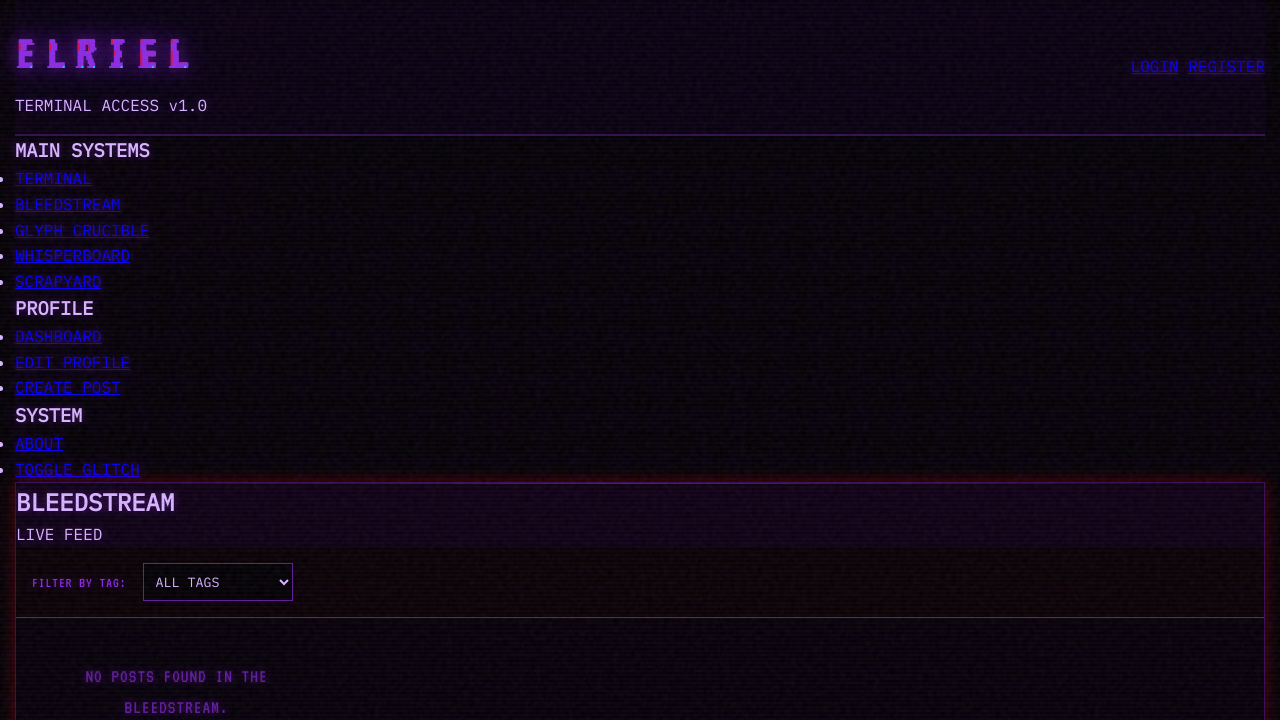
Repository: numbpill3d/elriel_1.0-forum
Page: views/feed/bleedstream.html
An editor plug-in stored every save of this project. The page is shown before and after the next save, followed by the edit.
The browser window is 1280 px wide. The pictures show the whole page.
An inner scrolling area shows only its first screen. Some web fonts or font styles are not loaded; a fallback is used.

Above is the page before, as saved 2025-05-09 01:03:37.

After the next save:
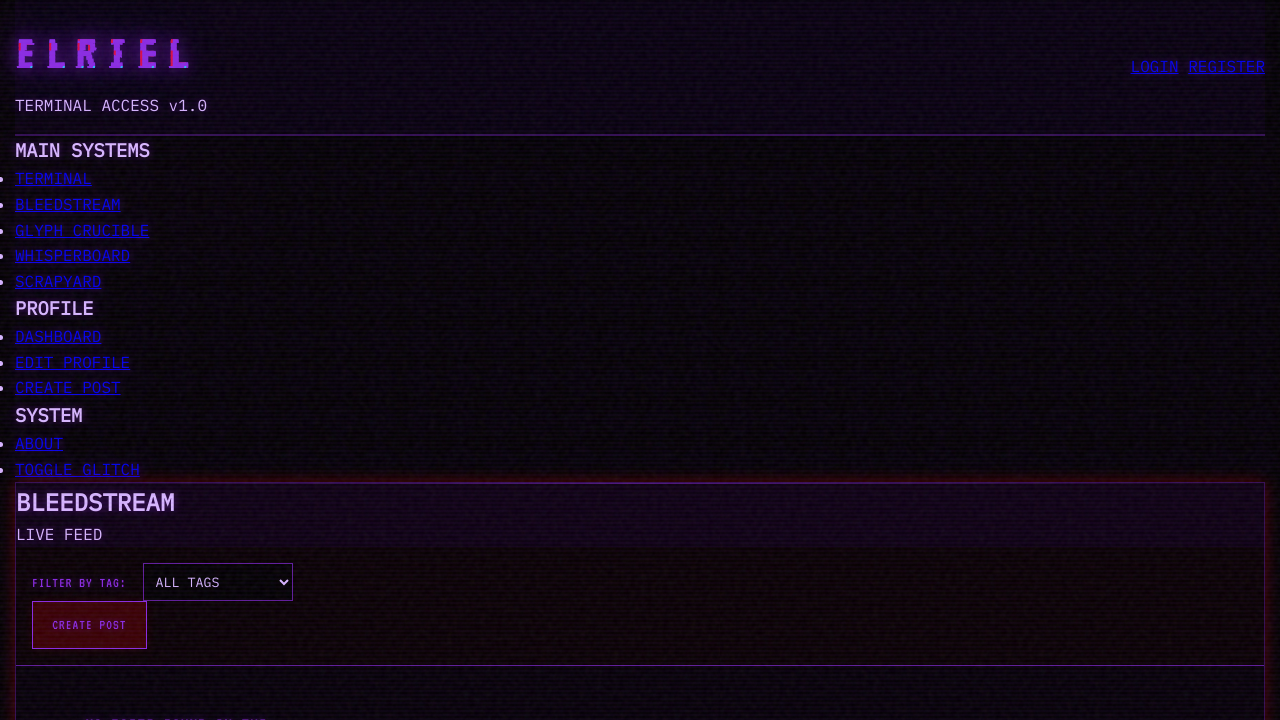
Saved 2 min 18 s later.
--- a/views/feed/bleedstream.html
+++ b/views/feed/bleedstream.html
@@ -70,9 +70,12 @@
                   <!-- Tags will be injected here -->
                 </select>
               </div>
-            </div>
-
-            <div id="post-list">
+              <div class="form-group">
+                <a href="/feed/new" class="new-post-btn">CREATE POST</a>
+              </div>
+            </div>
+
+            <div id="post-list" class="bleedstream-grid">
               <!-- Posts will be injected here -->
             </div>
           </div>
